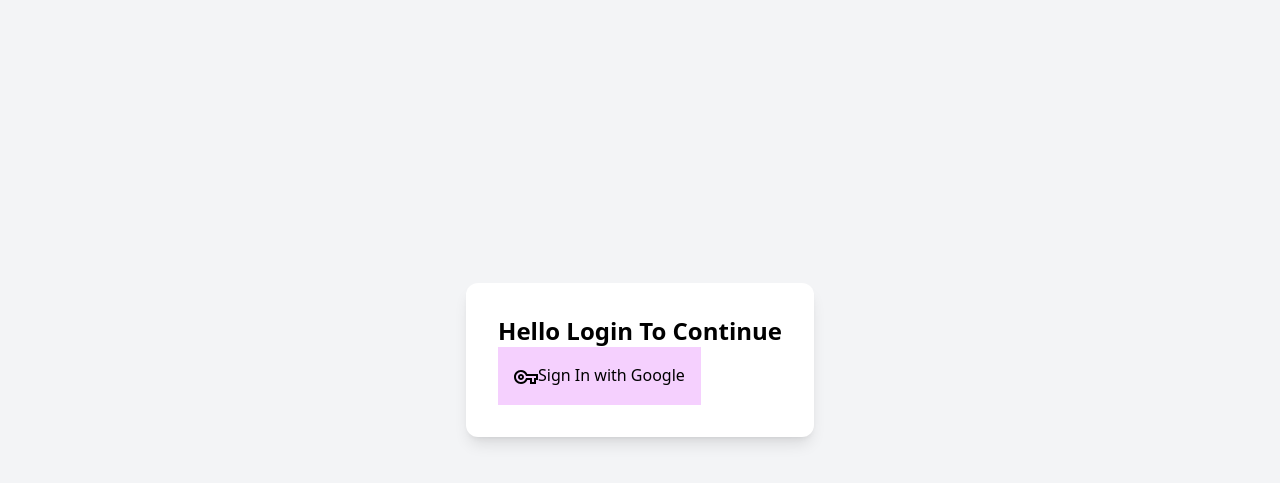
Repository: theanmol-raj/GoogleKeepCloneTutorial
Page: /
An editor plug-in stored every save of this project. The page is shown before and after the next save, followed by the edit.
The browser window is 1280 px wide. The pictures show the whole page.
The project was rebuilt for these pictures with package versions that can differ from the ones it lists, and the page was loaded fresh each time. Also part of the build but not shown: src/Components/Navbar.jsx, src/Screens/Homescreen.jsx.

Above is the page before, as saved 2022-08-31 15:41:04.

After the next save:
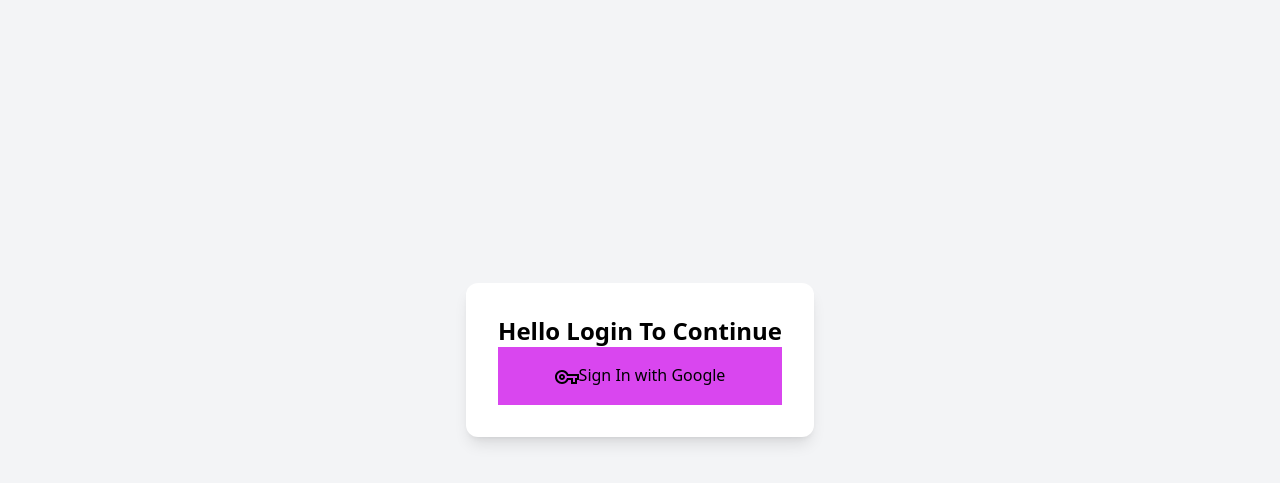
Saved 15 s later.
--- a/src/Screens/LoginScreen.jsx
+++ b/src/Screens/LoginScreen.jsx
@@ -6,7 +6,7 @@
     <div className=' h-screen  w-screen flex justify-center items-center bg-gray-100'>
         <div className=' bg-white p-8 border- rounded-xl shadow-lg'>
             <h1 className=' text-2xl font-bold text-center'>Hello Login To Continue</h1>
-            <button className=' hover: bg-fuchsia-200 p-4 '> <VpnKeyOutlinedIcon />Sign In with Google</button>
+            <button className=' w-full bg-fuchsia-500 hover:bg-fuchsia-200 p-4 '> <VpnKeyOutlinedIcon />Sign In with Google</button>
         </div>
 
     </div>
